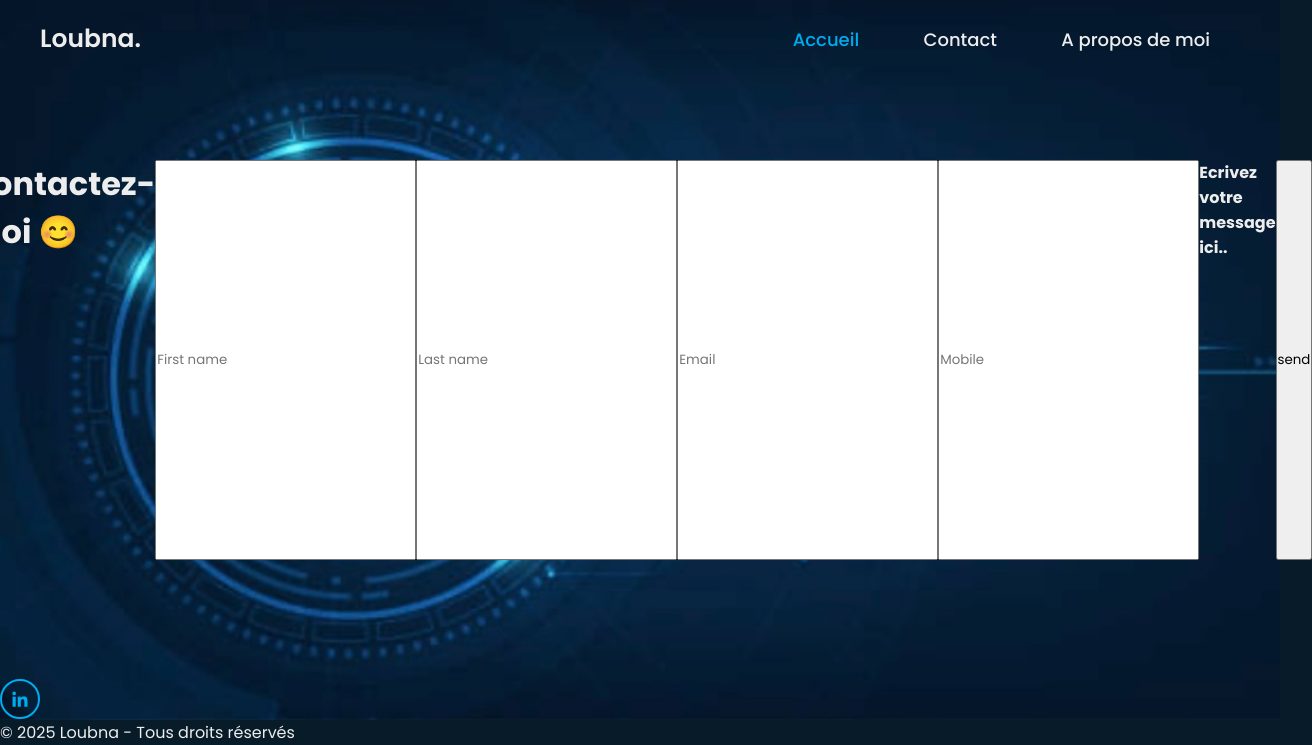
Repository: Loubna77290/Portfolio-de-Loubna
Page: contact.html
These files come from the project's save history. The page is drawn as it stood at one moment and after the next save; the edit follows.
The browser window is 1280 px wide. The page is 1312 px wide, so the pictures cover 1312 px, including what lies to the right of the window. The pictures show the whole page.

Above is the page before, as saved 2025-03-10 23:33:20.

### contact.html
<!DOCTYPE html>
<html lang="en">
<head>
    <meta charset="UTF-8">
    <meta name="viewport" content="width=device-width, initial-scale=1.0">
    <title>Fiche contact</title>
    <link rel="stylesheet" href="style.css">
    <link href='https://unpkg.com/boxicons@2.1.4/css/boxicons.min.css'rel='stylesheet'>
</head>
<body>

  <header class="header">
        <a href="#" class="logo">Loubna.</a>
         <nav class="navbar">
            <a href="/index.html"class="active">Accueil</a>
            <a href="/contact.html">Contact</a>
            <a href="about.html">A propos de moi</a>
        </nav>
    </header>

    <div class="contact-background">
        <form>
            <h1>Contactez-moi &#128522;</h1>
            <input type="text" id="firstname" placeholder="First name"required>
            <input type="text" id="lastname" placeholder="Last name"required>
            <input type="email" id="email" placeholder="Email"required>
            <input type="text" id="mobile" placeholder="Mobile"required>
            <h4>Ecrivez votre message  ici..</h4>
            <input type="submit" value="send" id="button">


        </form>



    </div>
    </section>

    <div class="home-sci">
        <a href="https://www.linkedin.com/in/loubna-m-baaa031a6/"target="_blank"><i class='bx bxl-linkedin'></i></a>
     </div>
</body>

    <footer>
        <p>&copy; 2025 Loubna - Tous droits réservés </p>
       </footer>
</html>

### style.css
@import url('https://fonts.googleapis.com/css2?family=Poppins:wght@300;400;500;600;700;800;900&display=swap');

* {
    margin: 0;
    padding: 0;
    box-sizing: border-box;
    font-family: 'Poppins', sans-serif;

}

body {
    background: #081b29;
    color: #ededed;

}

.header {
    position:fixed;
    top: 0;
    left:0;
    width: 100%;
    padding: 20px 10px;
    background: transparent;
    display: flex;
    justify-content: space-between;
    align-items: center;
    z-index: 100;
}


.logo {
    position: relative;
    margin-left: 30px;
    font-size: 25px;
    color: #ededed;
    text-decoration: none;
    font-weight: 600;

}

.logo::before {
    content: '';
    position: absolute;
    top: 0;
    right: 0;
    width: 100%;
    height: 100%;
    background: #081b29b6;
    animation: showRight 1s ease forwards;
    animation-delay: .4s;;
}

.navbar a {
    font-size: 18px;
    color: #ededed;
    text-decoration: none;
    font-weight: 500;
    margin-right: 60px;
    justify-content: flex-end;
    transition: .3s;

}

.navbar a:hover,
.navbar a.active {
    color: #00abf0;

}

.accueil {
    position: relative;
    height: 100vh;
    background: url(./IMG_7408.jpg) no-repeat center center;
    background-size: cover;
    display: flex;
    align-items: center;
    padding: 0 10%;

}

.accueil-contenu {
    background: transparent;
    max-width: 600px;


    }

.accueil-contenu h2 {
    font-size: 45px;
    font-weight: 700;
    line-height: 1.2;
    white-space: nowrap;
}

.accueil-contenu h2::before {
    content: '';
    position: absolute;
    top: 0;
    right: 0;
    width: 100%;
    height: 100%;
    background: #081b29;
    animation: showRight 1s ease forwards;
    animation-delay: 1s;
}

.accueil-contenu h3 {
    font-size: 30px;
    font-weight: 600;
    color: #0ff;

}

.accueil-contenu p {
    font-size: 16px;
    margin: 20px  0 40px;
    line-height: 1.2;
}

.accueil-contenu .btn-box {
    position: relative;
    display: flex;
    justify-content: space-between;
    width: 380px;
    height: 60px;

}

.accueil-contenu .btn-box::before {
    content: '';
    position: absolute;
    top: 0;
    right: 0;
    width: 100%;
    height: 100%;
    background: #081b294d;
    animation: showRight 1s ease forwards;
    animation-delay: 1.9s;
    z-index: 2;
}

.btn-box a {
    position: relative;
    display: inline-flex;
    justify-content: center;
    align-items: center;
    width: 150px;
    height: 110%;
    background: #00abf0;
    border: 2px solid #00abf0;
    border-radius: 8px;
    font-size: 19px;
    color: #081b29;
    text-align: center;
    text-decoration: none;
    font-weight: 600;
    letter-spacing: 1px;
    z-index: 1;
    overflow: hidden;
    transition: .5s;
}

.btn-box a:hover {
    color: #00abf0;

}

.btn-box a:nth-child(2) {
    background: transparent;
    color:#00abf0
}

.btn-box a:nth-child(2):hover {
    color:#081b29;
}


.btn-box a:nth-child(2)::before {
    background: #00abf0;
    }

.btn-box a::before {
    content: '';
    position: absolute;
    top: 0;
    left: 0;
    width: 0;
    height: 100%;
    background: #081b29;
    z-index: -1;
    transition: .5s;
}

.btn-box a:hover::before {
    width: 100%;
    }

.home-sci {
    position: absolute;
    bottom: 1px;
    width: 150px;
    display: flex;
    justify-content: space-between;
}

.home-sci::before {
    content: '';
    position: absolute;
    top: 0;
    right: 0;
    width: 100%;
    height: 100%;
    background: #081b29;
    animation: showRight 1s ease forwards;
    animation-delay: 2.5s;
    z-index: 2;
}

.home-sci a {
    position: relative;
    display: inline-flex;
    justify-content: center;
    align-items: center;
    width: 40px;
    height: 40px;
    background: transparent;
    border: 2px solid #00abf0;
    border-radius: 50%;
    font-size: 20px;
    text-decoration: none;
    z-index: 1;
    overflow: hidden;
    transition: .5s;
    color: #00abf0;
}

.home-sci a:hover {
    color: #081b29;

}
.home-sci a::before {
    content: '';
    position: absolute;
    top: 0;
    left: 0;
    width: 0;
    height: 100%;
    background:#00abf0;
    transition: .5s;
    z-index: -1;
}

.home-sci a:hover::before {
    width: 100%;
}

/* KEYFRAMES ANIMATION */
@keyframes showRight {
    100% {
        width: 0;
    }
}

.contact-background  {
    background: url('IMG_7400.jpg');
    min-height: 100vh;
    height: 100vh;
    background-size: cover;
    display: flex;
    justify-content: center;
    align-items: center;
}

.contact-background form {
    width: 670px;
    height: 400px;
    display: flex;
    justify-content: center;
    box-shadow: 20px;
}

.

/* footer page à propos de moi  */
footer {
    position: absolute;
    bottom: 1px;
    left: 50%;
    transform: translate(-50%);
    background: rgba(0, 0, 0, 0.116);
    color: white;
    padding: 5px 10px;
    font-size: 12px;
    border-radius: 5px;
    z-index: 10;
}

.about-background  {
    background: url('IMG_7400.jpg');
    height: 100vh;
    background-size: cover;
    display: flex;
}

/* contenu de la page à propos de moi  */
.about-content {
    display: flex;
    flex-direction: column;
    justify-content: baseline;
    margin-top: 40px;
    width: 100%;
}

.about-content h1 {
    font-weight: 900;
    color: #ededed;
   margin-left: 120px;
}

.about-content p {
    padding: 30px;
    color: #ffff;
    text-align: left;
}

.about-content h2 {
    font-weight: 900;
    color: #ededed;
   margin-left: 100px;
}

.about-background {
    display: flex;
    justify-content: space-between;
    align-items:flex-start;
    padding: 50px;
}
.about-content {
    width: 55%;
}

.about-skills {
    margin: 100px;
    width: 40%;
    background: rgba(255,255,255,0.1);
    padding: 20px;
    border-radius: 10px;

}

.about-skills h2 {
    color: #00abf0;
    margin-bottom: 10px;
}

.about-skills ul {
    list-style: none;
    padding: 0;

}

.about-skills li {
    font-size: 16px;
    margin-bottom: 25px;
 }

 .about-content {
    opacity: 0;
    animation: fadeIn 1s ease-in forwards;
    animation-delay: 1s;
 }

 .about-skills {
     opacity: 0;
     animation: fadeIn 1s ease-in forwards;
     animation-delay: 3s;
    }

    /* mise en place d'animation avec keyframe  */

    @keyframes fadeIn {
        from{
            opacity: 0;
            transform: translateY(20px);
        }
        to {
            opacity: 1;
            transform: translateY(0);
        }
    }


    /* style fiche contact css  */

After the next save:
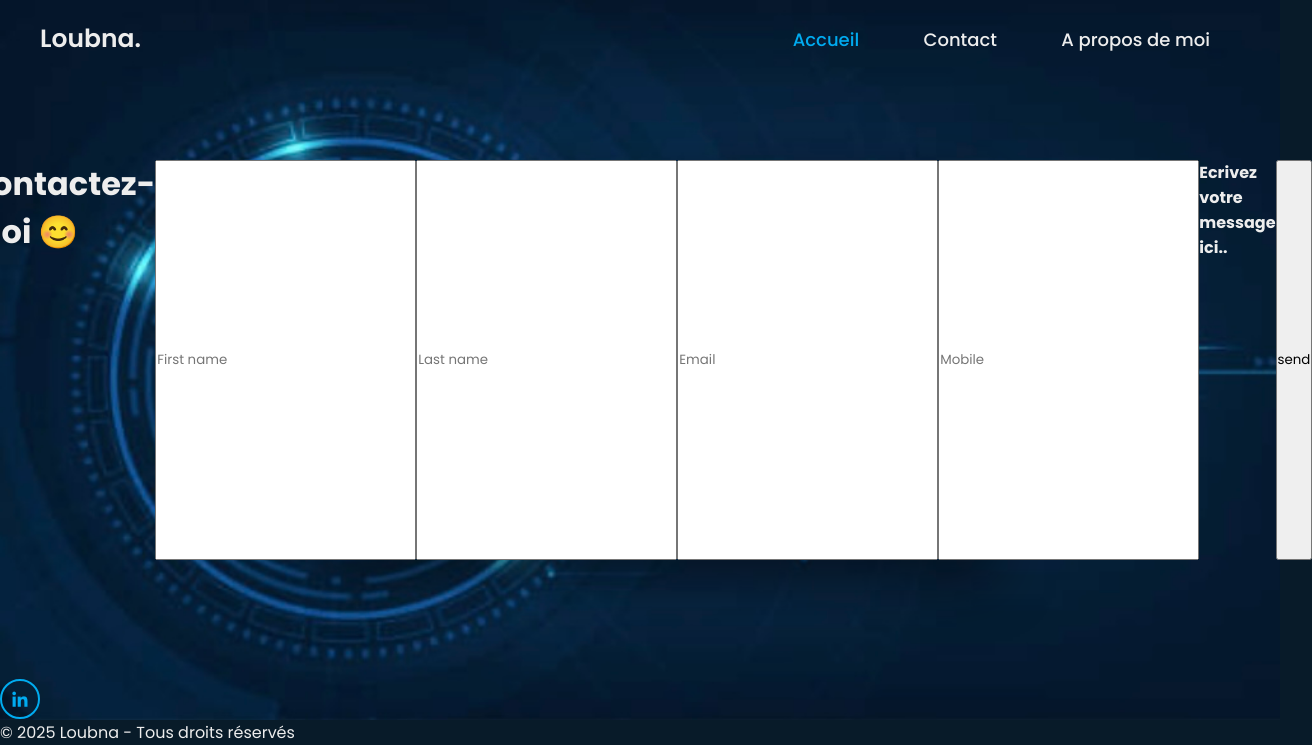
Saved 29 s later.
--- a/style.css
+++ b/style.css
@@ -276,7 +276,7 @@ body {
     height: 400px;
     display: flex;
     justify-content: center;
-    box-shadow: 20px;
+    box-shadow: 20px 20px 50px rgba(0, 0, 0, 0.5);
 }
 
 .
